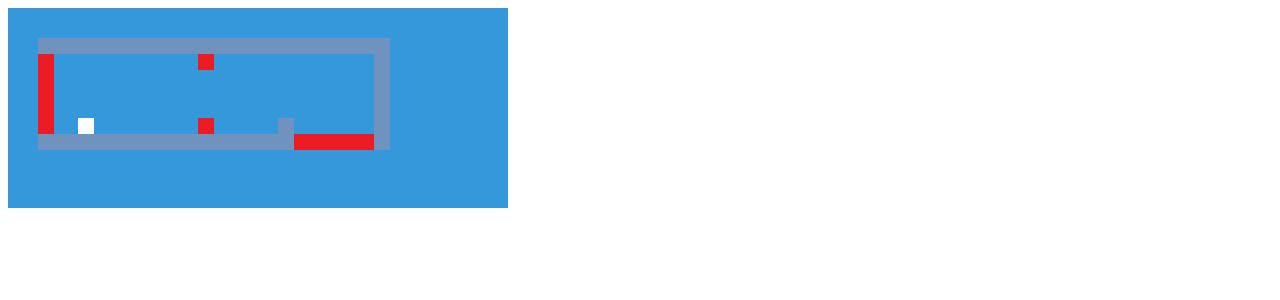
Repository: tomcphr/insight
Page: index.html
The author's editor kept a record of every edit. The page is drawn from the files as they stood at one moment, then again after the next edit.
The browser window is 1280 px wide. The pictures show the whole page.

Above is the page before.

### index.html
<!DOCTYPE html>
<html>
	<head>
	    <script type="text/javascript" src="js/engine/phaser.min.js"></script>
		<script type="text/javascript" src="js/play.js"></script>
	</head>
	<body>
	</body>
</html>

### js/play.js
window.onload = function () {
     // Create the state that will contain the whole game
    var playState = {
        preload: function() {
            // Here we preload the assets
            game.load.image("player", "assets/player.png");

            game.load.image("wall", "assets/wall.png");

            game.load.image("enemy", "assets/enemy.png");
        },

        create: function() {
            // Set the background color to blue
            game.stage.backgroundColor = "#3598db";

            // Start the Arcade physics system (for movements and collisions)
            game.physics.startSystem(Phaser.Physics.ARCADE);

            // Add the physics engine to all game objects
            game.world.enableBody = true;

            // Variable to store the arrow key pressed
            this.cursor = game.input.keyboard.createCursorKeys();

            // Create the player in the middle of the game
            this.player = game.add.sprite(70, 100, "player");

            // Add gravity to make it fall
            this.player.body.gravity.y = 900;

            handleLevel(this);
        },

        update: function() {
            handleCollision(this, game);

            handleMovement(this);
        },

        restart: function() {
            game.state.start("play");
        }
    };

    // Initialize the game and start our state
    var game = new Phaser.Game(500, 200);

    game.state.add("play", playState);

    game.state.start("play");
}

function handleMovement(phaser) {
    phaser.player.body.velocity.x = 0;

    var movementSpeed = 200;
    var jumpingSpeed = 250;

    if (phaser.cursor.left.isDown) {
        phaser.player.body.velocity.x = -movementSpeed;
    } else if (phaser.cursor.right.isDown) {
        phaser.player.body.velocity.x = movementSpeed;
    }


    // Make the player jump if he is touching the ground
    if (phaser.cursor.up.isDown && phaser.player.body.touching.down)
        phaser.player.body.velocity.y = -jumpingSpeed;
}

function handleLevel(phaser) {
    // Create 3 groups that will contain our objects
    phaser.walls = phaser.add.group();
    phaser.enemies = phaser.add.group();

    // Design the level. x = wall, o = coin, ! = lava.
    var level = [
        "xxxxxxxxxxxxxxxxxxxxxx",
        "!         !          x",
        "!                    x",
        "!                    x",
        "!                    x",
        "!         !    x     x",
        "xxxxxxxxxxxxxxxx!!!!!x",
    ];

    for (var row = 0; row < level.length; row++) {
        for (var block = 0; block < level[row].length; block++) {
            if (level[row][block] == "x") {
                var wall = phaser.add.sprite(30+16*block, 30+16*row, "wall");
                phaser.walls.add(wall);
                wall.body.immovable = true;
            } else if (level[row][block] == "!") {
                var enemy = phaser.add.sprite(30+16*block, 30+16*row, "enemy");
                phaser.enemies.add(enemy);
            }
        }
    }
}

function handleCollision(phaser, game) {
    // Make the player and the walls collide
    game.physics.arcade.collide(phaser.player, phaser.walls);

    // Call the 'restart' function when the player touches the enemy
    game.physics.arcade.overlap(phaser.player, phaser.enemies, phaser.restart, null, phaser);
}

Loaded but not shown: js/engine/phaser.min.js (library)

After the next edit:
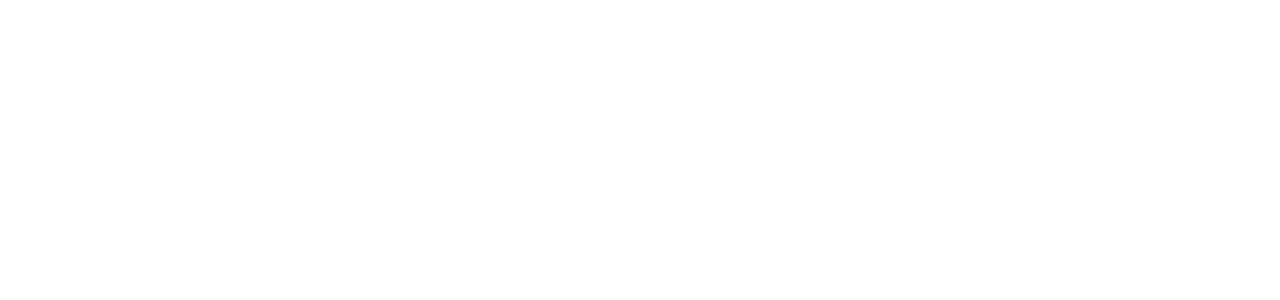
Console error: SyntaxError: Unexpected end of input
The edit:
--- a/js/play.js
+++ b/js/play.js
@@ -61,8 +61,7 @@
         phaser.player.body.velocity.x = -movementSpeed;
     } else if (phaser.cursor.right.isDown) {
         phaser.player.body.velocity.x = movementSpeed;
-    }
-
+    //}
 
     // Make the player jump if he is touching the ground
     if (phaser.cursor.up.isDown && phaser.player.body.touching.down)

After the 2 edits that followed:
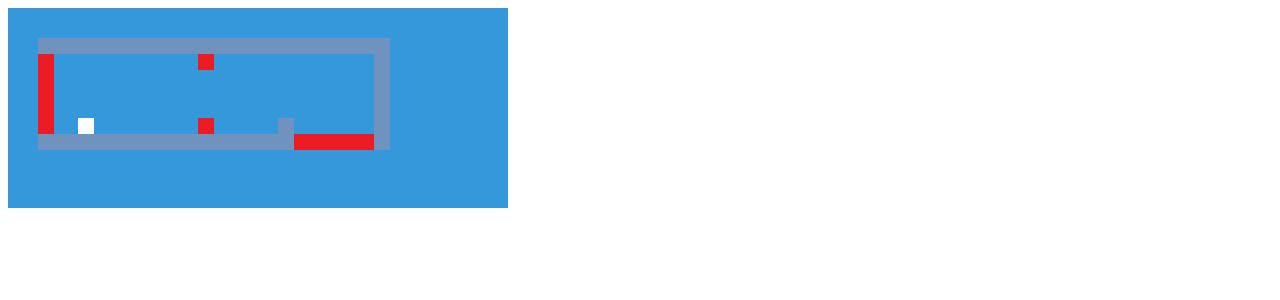
The error is gone.
The 2 edits are shown as one change because 1 left the picture as it was.
The edit:
--- a/js/play.js
+++ b/js/play.js
@@ -57,10 +57,10 @@
     var movementSpeed = 200;
     var jumpingSpeed = 250;
 
-    if (phaser.cursor.left.isDown) {
-        phaser.player.body.velocity.x = -movementSpeed;
-    } else if (phaser.cursor.right.isDown) {
-        phaser.player.body.velocity.x = movementSpeed;
+    //if (phaser.cursor.left.isDown) {
+    //    phaser.player.body.velocity.x = -movementSpeed;
+    //} else if (phaser.cursor.right.isDown) {
+    //    phaser.player.body.velocity.x = movementSpeed;
     //}
 
     // Make the player jump if he is touching the ground
